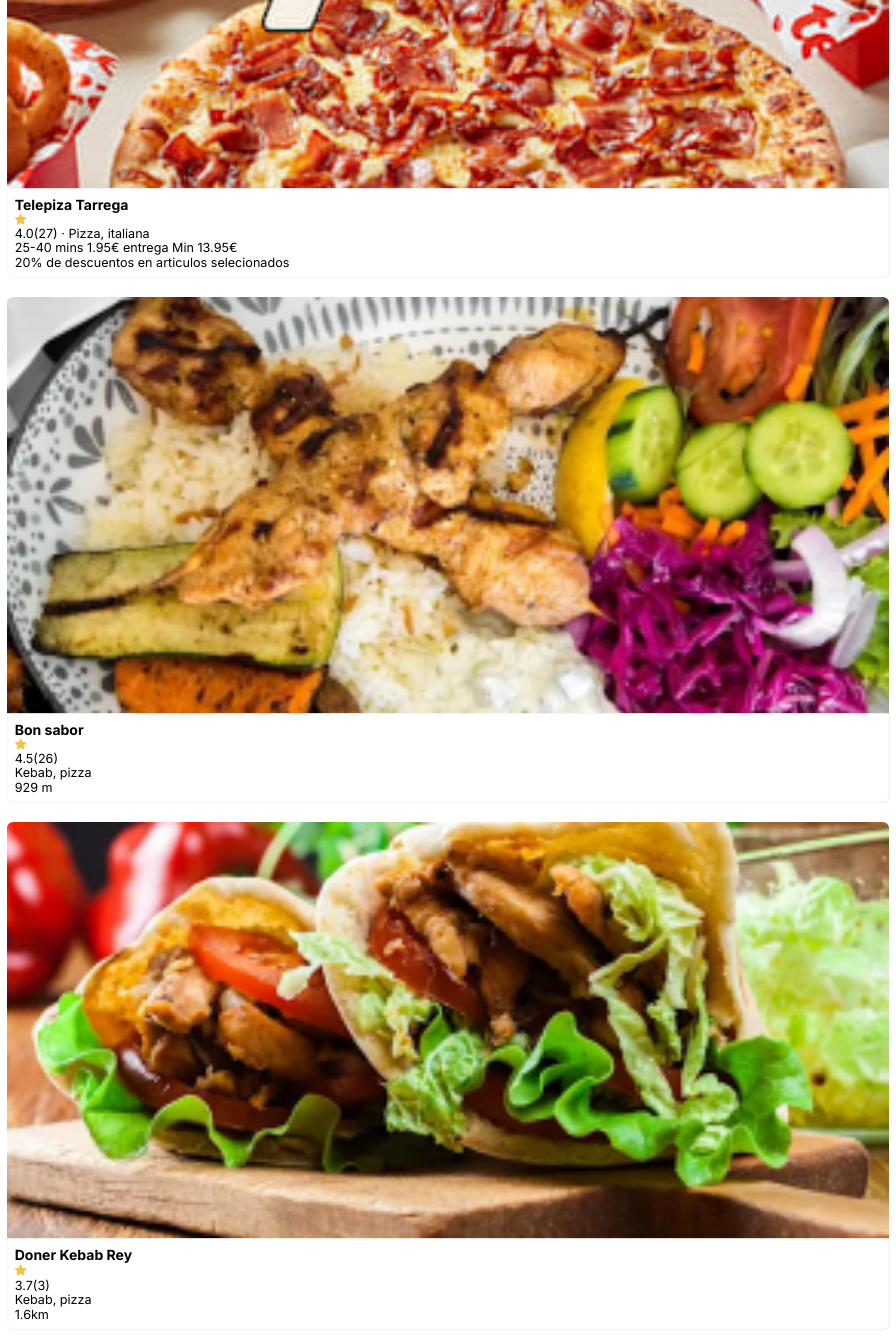
Repository: Srpinedaa/justEat
Page: index.html
These files come from the project's save history. The page is drawn as it stood at one moment and after a run of saves; the edit follows.
The browser window is 1280 px wide. The pictures show the part of the page from y = 986 to 2906 px (the page is 2903 px tall before and 2906 px after), at 70% of full size.

Above is the page before, as saved 2024-10-10 16:11:35.

After the next 2 saves:
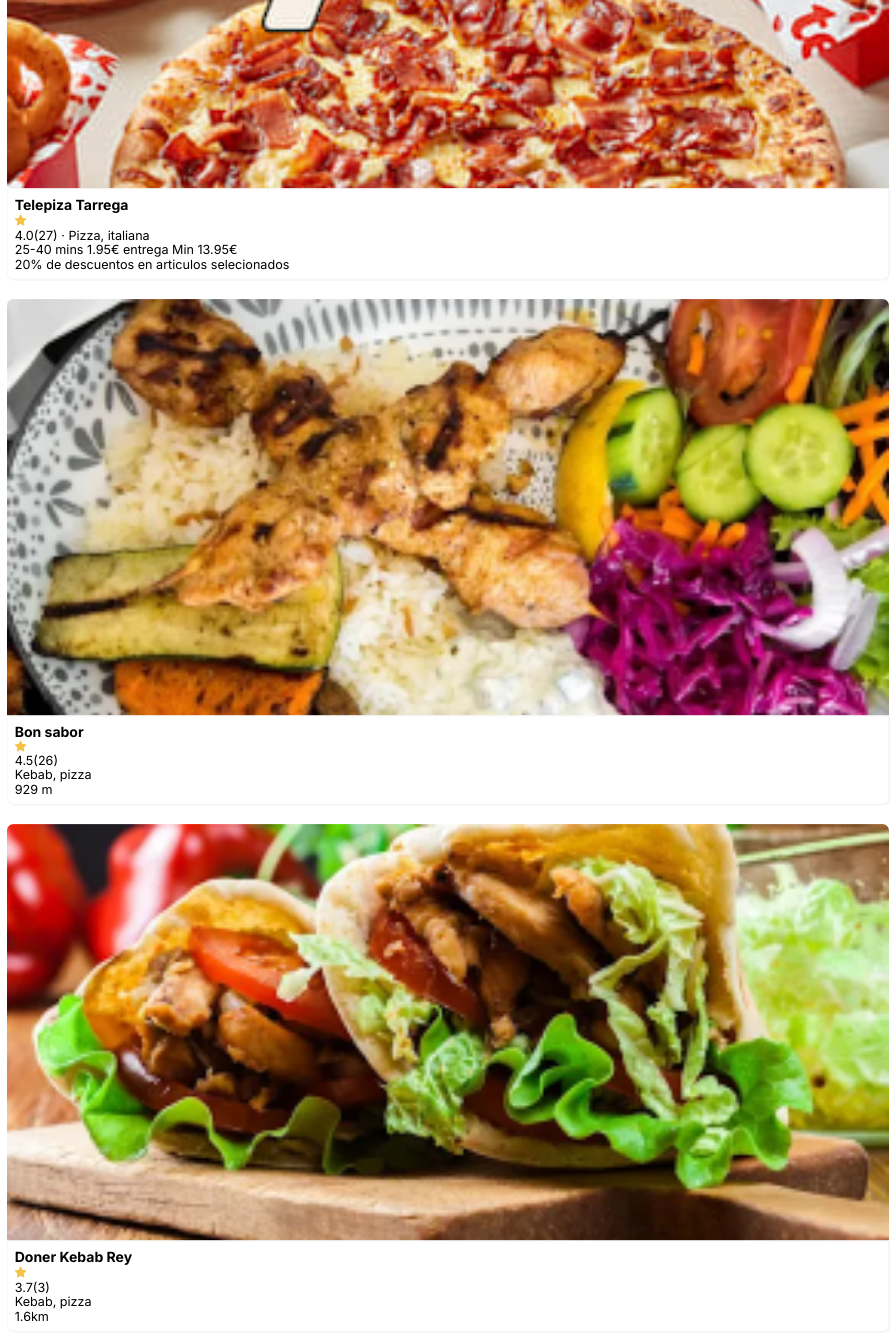
The 2 saves are shown as one change because they came seconds apart.
The last was saved 2 min 23 s later.
--- a/index.html
+++ b/index.html
@@ -81,8 +81,10 @@
                             </div>
                             <div class="informacionPedido">
                                 <h5>Telepiza Tarrega</h5>
-                                <i class="fa fa-star"></i>
-                                <p>4.0(27) · Pizza, italiana</p>
+                                <div>
+                                    <i class="fa fa-star"></i>
+                                    <p>4.0(27) · Pizza, italiana</p>
+                                </div>
                                 <p>25-40 mins 1.95€ entrega Min 13.95€</p>
                                 <p>20% de descuentos en articulos selecionados</p>
                             </div>
